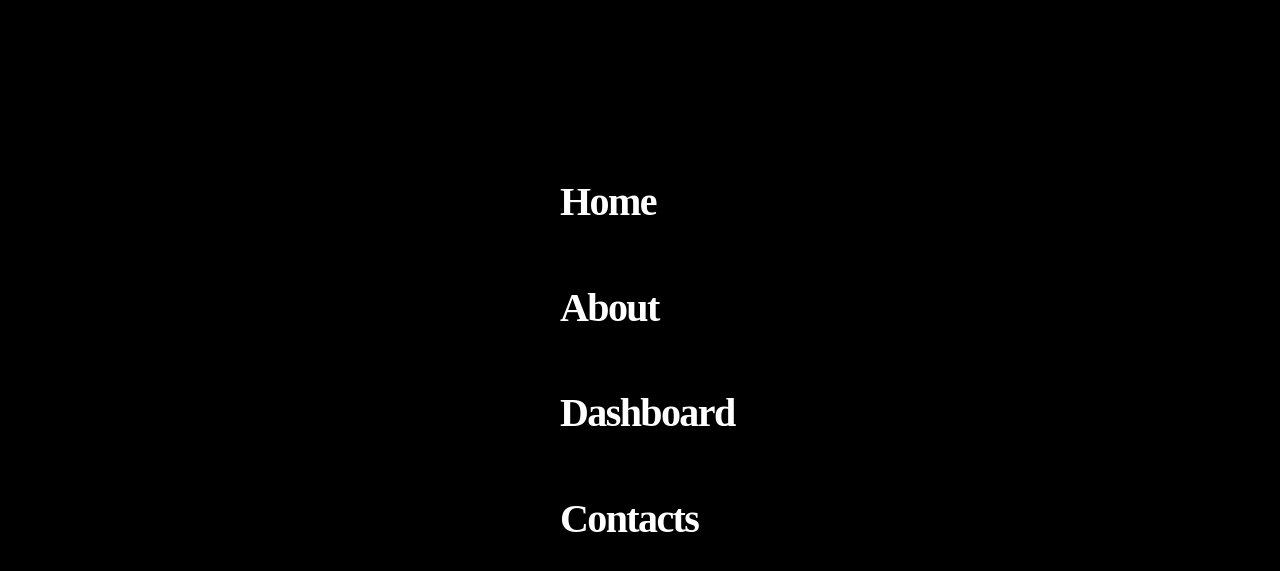
Repository: Rinzlerte/react-reveale-animation
Page: /menu
These files come from the project's save history. The page is drawn as it stood at one moment and after the next save; the edit follows.
The browser window is 1280 px wide. The pictures show the whole page.
The project was rebuilt for these pictures with package versions that can differ from the ones it lists, and the page was loaded fresh each time. Also part of the build but not shown: src/components/home/Featured.jsx, src/components/home/Header.jsx, src/components/ui/ArrowBtn.js, src/components/home/Home.jsx.

Above is the page before, as saved 2019-10-18 23:50:08.

After the next save:
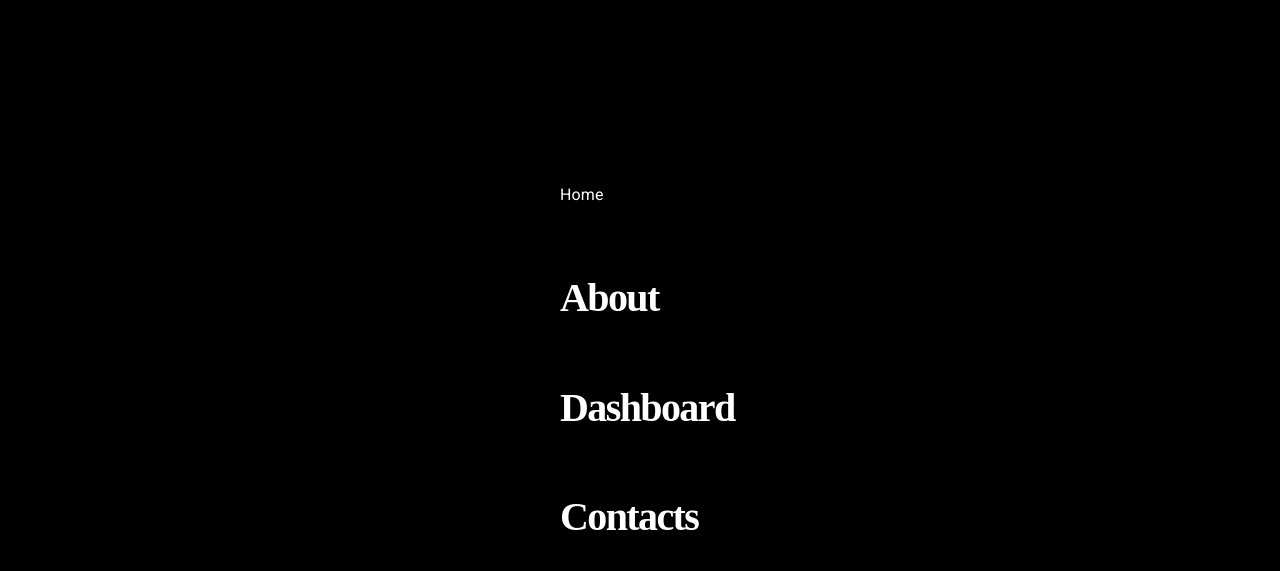
Saved 114 s later.
--- a/src/components/navigation/Navigation.jsx
+++ b/src/components/navigation/Navigation.jsx
@@ -10,7 +10,11 @@ import {Link} from 'react-router-dom';
 const Navigation = () =>  (
     <div className="menu"  style={{ height:`${window.innerHeight}px`}}>
         <List className="menu-box">
-            <ListItem><Link className="menu-box-link" to="/">Home</Link></ListItem>
+            <ListItem>
+                <Link className="menu-box-link" to="/">
+                <ListItemText primary="Home" />
+                </Link>
+            </ListItem>
             <Divider/>
             <ListItem><Link className="menu-box-link" to="/about">About</Link></ListItem>
             <Divider/>
